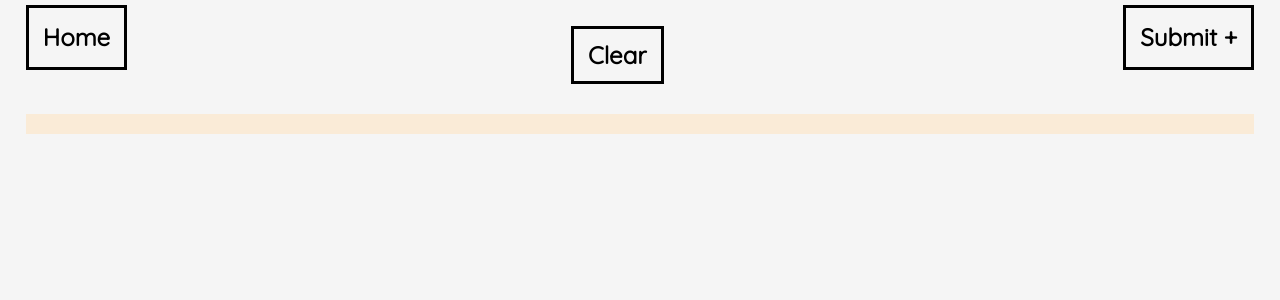
Repository: rickypcyt/WebMural
Page: /
These files come from the project's save history. The page is drawn as it stood at one moment and after a run of saves; the edit follows.
The browser window is 1280 px wide. The pictures show the whole page.
The project was rebuilt for these pictures with package versions that can differ from the ones it lists, and the page was loaded fresh each time.

Above is the page before, as saved 2022-09-12 13:12:45.

After the next 2 saves:
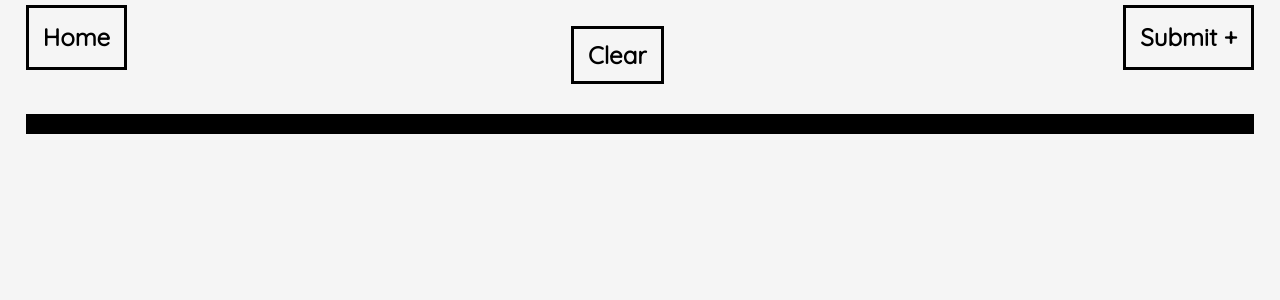
The 2 saves are shown as one change because they came seconds apart.
The last was saved 15 s later.
--- a/src/index.css
+++ b/src/index.css
@@ -18,7 +18,7 @@ input[type="file"] {
   justify-content: space-evenly;
   gap: 15px;
   padding: 10px;
-  background-color: antiquewhite;
+  background-color: black;
 
 }
 html{
